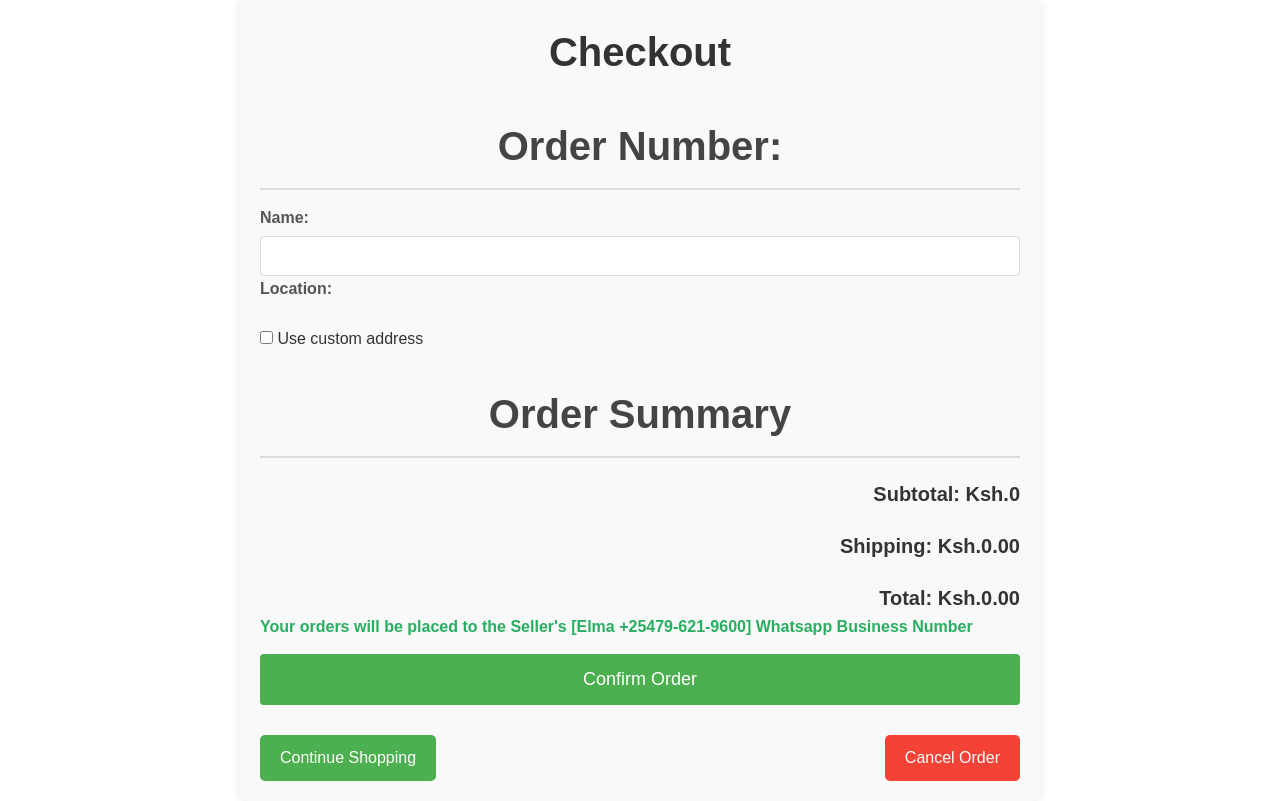
Repository: mrPractise/Elma-Shop
Page: http://localhost/checkout/
These files come from the project's save history. The page is drawn as it stood at one moment and after the next save; the edit follows.
The browser window is 1280 px wide. The pictures show the whole page.
Some web fonts or font styles are not loaded; a fallback is used. The page is served by the project's application, run on Django 5.2 (manage.py). Queries for data that is not in the repository find no rows.

Above is the page before, as saved 2024-10-11 18:19:49.

After the next save:
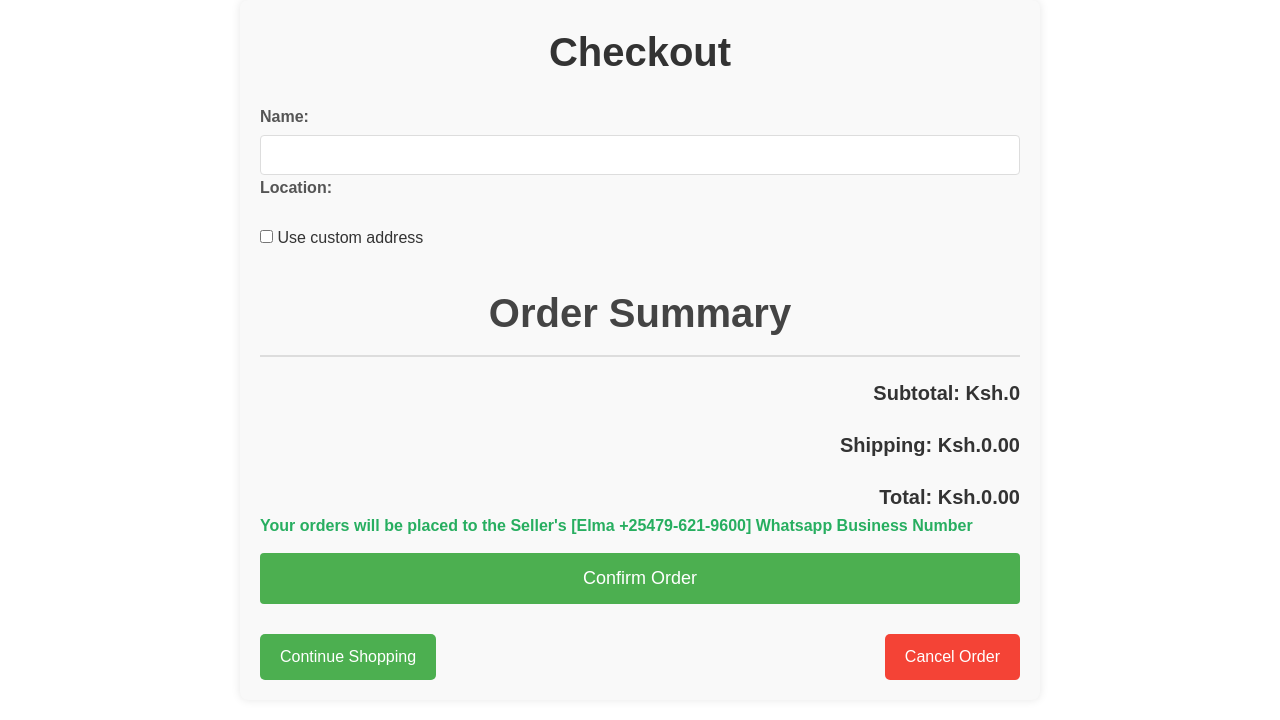
Saved 2 min 46 s later.
--- a/templates/checkout.html
+++ b/templates/checkout.html
@@ -5,7 +5,6 @@
 <div class="checkout-container">
     <h1>Checkout</h1>
 
-    <h2>Order Number: {{ order_number }}</h2>
     <form method="post"id="checkout-form">
         {% csrf_token %}
         {{ form.name.label_tag }}
